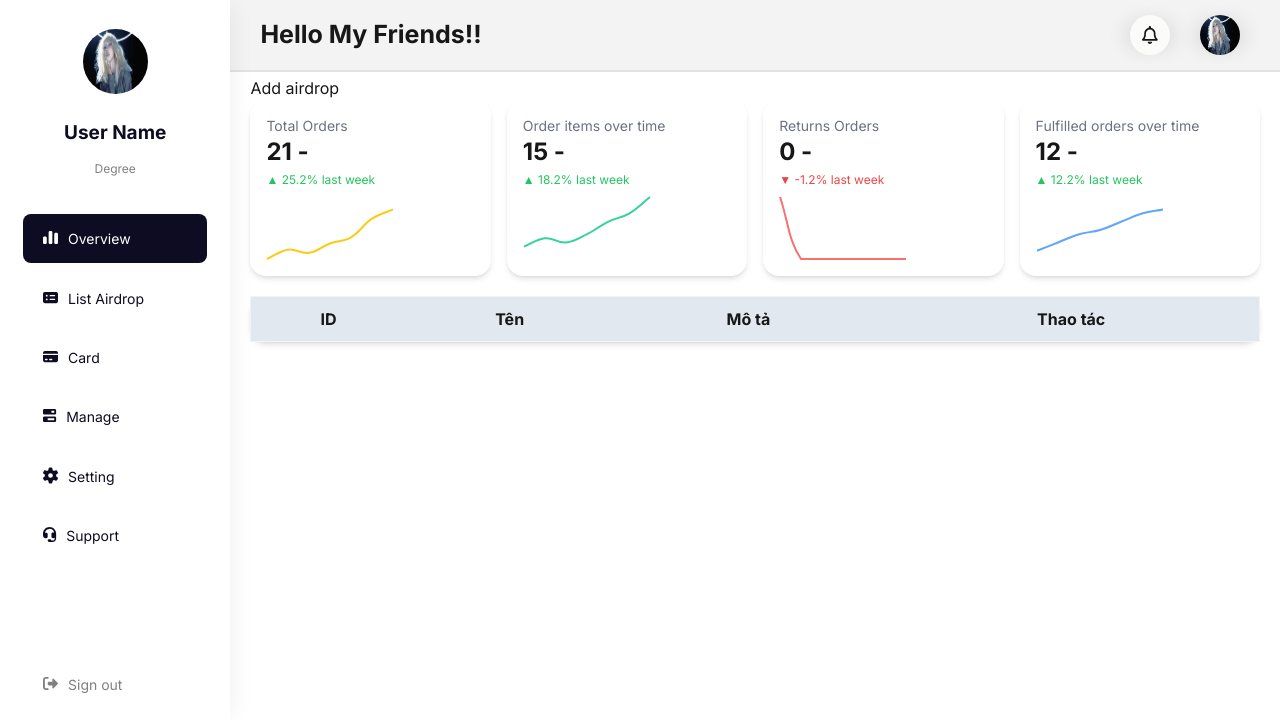
Repository: conGaStuer/airdropmamager
Page: /airdrops
These files come from the project's save history. The page is drawn as it stood at one moment and after the next save; the edit follows.
The browser window is 1280 px wide. The pictures show the whole page.
The page's requests for data from a server got no answer. The project was rebuilt for these pictures with package versions that can differ from the ones it lists, and the page was loaded fresh each time. The framework's server and built-in components were replaced by stand-ins that run in the browser. No one was signed in, and anything a server would have sent is missing. Also part of the build but not shown: next.config.ts.

Above is the page before, as saved 2025-05-26 20:02:33.

After the next save:
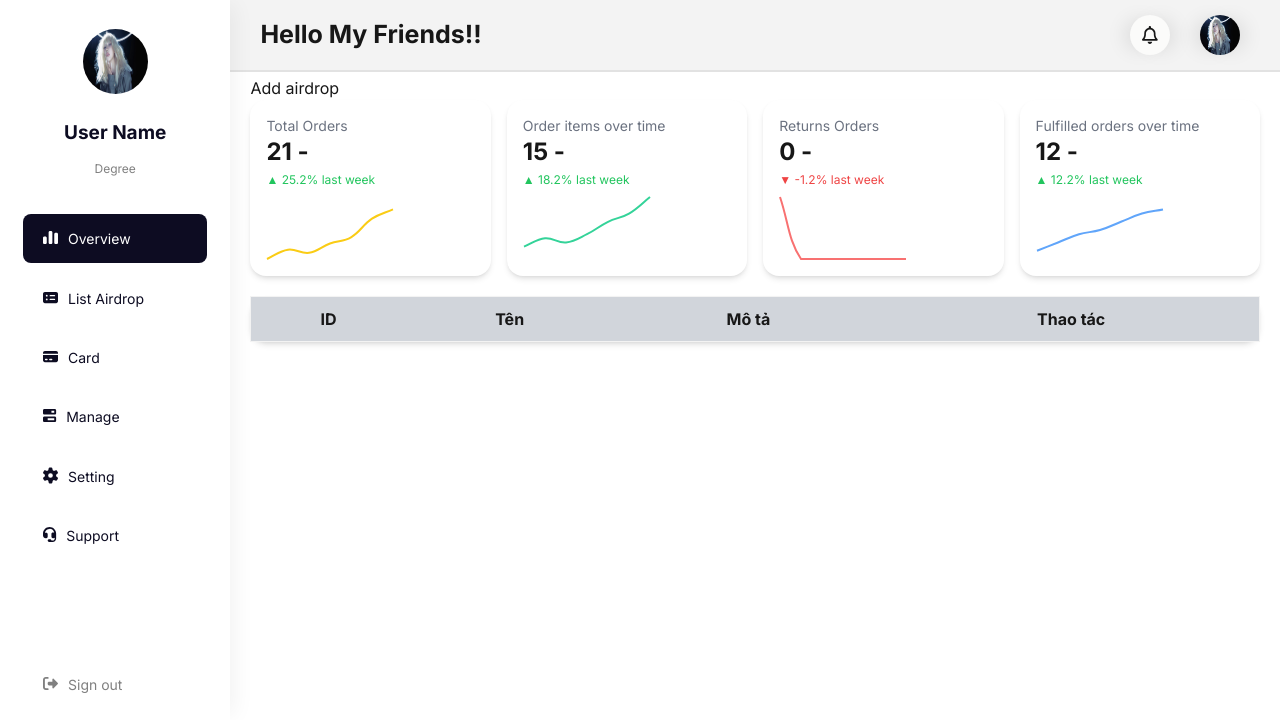
Saved 22 s later.
--- a/src/app/airdrops/page.js
+++ b/src/app/airdrops/page.js
@@ -72,7 +72,7 @@ export default function AirdropPages() {
         style={{ marginTop: 20, width: "100%" }}
         className="shadow-md bg-white rounded-2xl "
       >
-        <thead className="bg-slate-200">
+        <thead className="bg-gray-300">
           <tr>
             <th>ID</th>
             <th>Tên</th>
